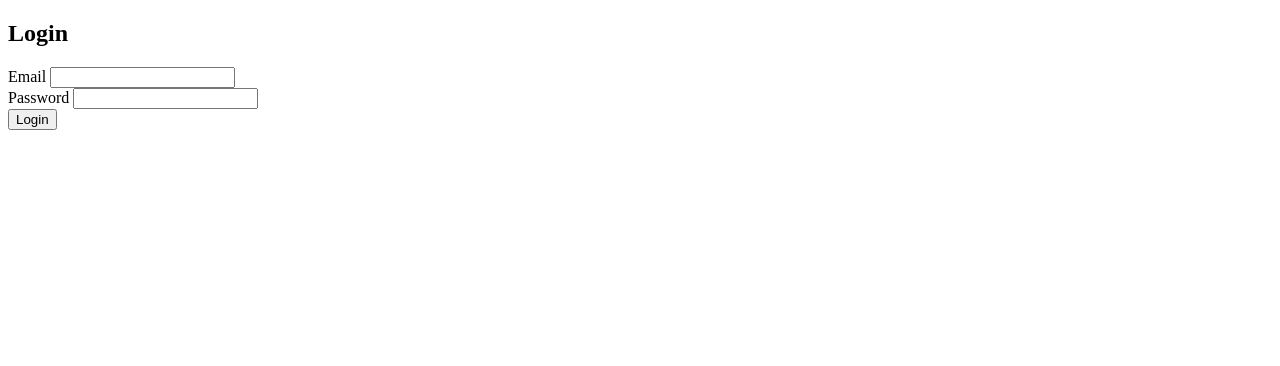
Repository: NarendarPaindla/csAlpha
Page: http://localhost/employeeLeaveMangement/login.jsp
These files come from the project's save history. The page is drawn as it stood at one moment and after the next save; the edit follows.
The browser window is 1280 px wide. The pictures show the whole page.
The page is served by Tomcat 10.

Above is the page before, as saved 2025-02-03 04:25:42.

After the next save:
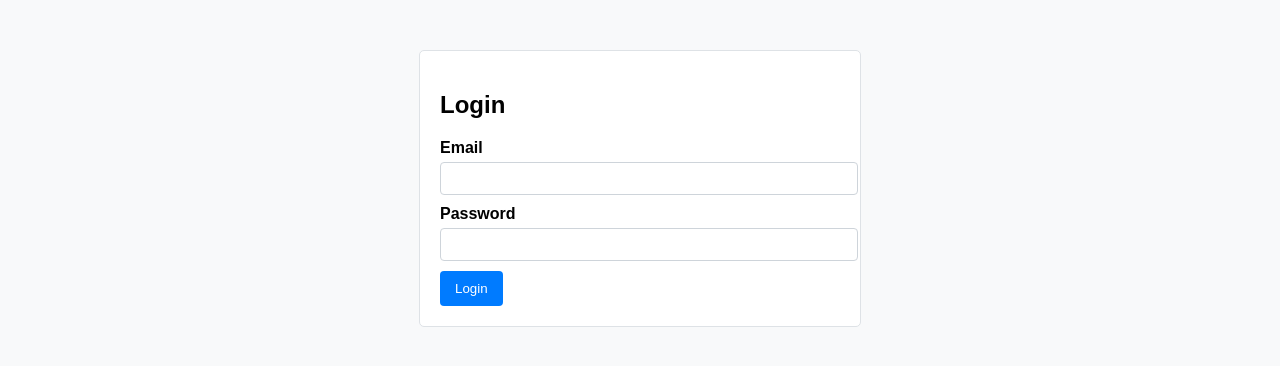
Saved 119 s later.
--- a/employeeLeaveMangement/src/main/webapp/login.jsp
+++ b/employeeLeaveMangement/src/main/webapp/login.jsp
@@ -4,7 +4,62 @@
 <html>
 <head>
 <meta charset="UTF-8">
-<title>Insert title here</title>
+<title>Login</title>
+<style>
+ body {
+        font-family: Arial, sans-serif;
+        background-color: #f8f9fa;
+      }
+      .container {
+        max-width: 400px;
+        margin: 50px auto;
+        background: #fff;
+        padding: 20px;
+        border: 1px solid #dee2e6;
+        border-radius: 5px;
+      }
+      h2 {
+        margin-bottom: 20px;
+      }
+      .form-label {
+        display: block;
+        margin-bottom: 5px;
+        font-weight: bold;
+      }
+      .form-control {
+        width: 100%;
+        padding: 8px;
+        margin-bottom: 10px;
+        border: 1px solid #ced4da;
+        border-radius: 4px;
+      }
+      .btn {
+        padding: 10px 15px;
+        border: none;
+        border-radius: 4px;
+        background-color: #007bff;
+        color: white;
+        cursor: pointer;
+      }
+      .btn:hover {
+        background-color: #0056b3;
+      }
+      .alert {
+        padding: 10px;
+        background-color: #d1ecf1;
+        border: 1px solid #bee5eb;
+        border-radius: 4px;
+        margin-bottom: 10px;
+        color: #0c5460;
+      }
+      a {
+        color: #007bff;
+        text-decoration: none;
+      }
+      a:hover {
+        text-decoration: underline;
+      }
+</style>
 </head>
 <body>
 <div class="container">
